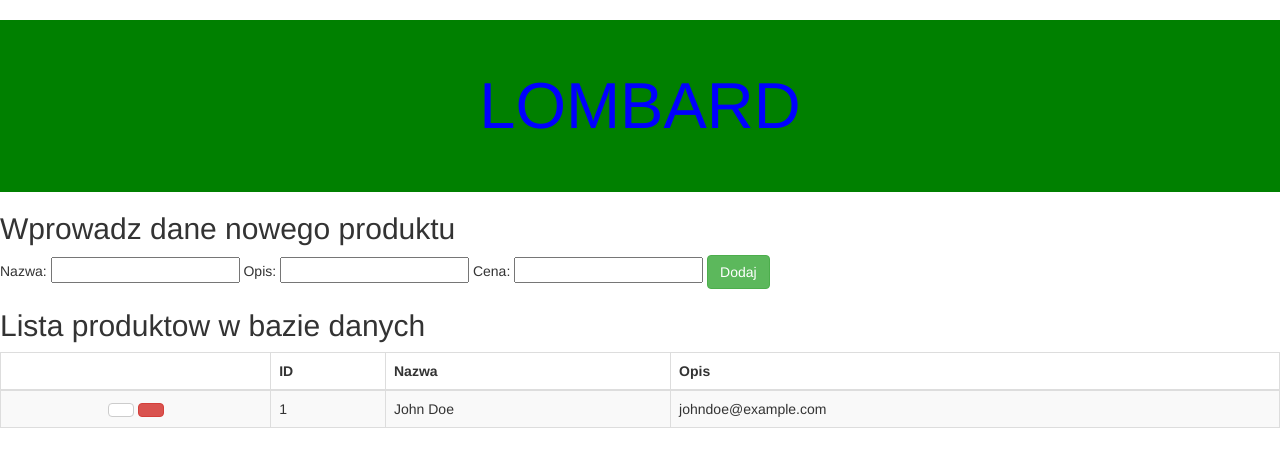
Repository: Hordix/CRUDapp
Page: Pulpit/Worspace/crudApplication1/src/main/resources/static/index.html
An editor plug-in stored every save of this project. The page is shown before and after the next save, followed by the edit.
The browser window is 1280 px wide. The pictures show the whole page.
The page's requests for data from a server got no answer. Some web libraries are served in a nearby version.

Above is the page before, as saved 2017-08-31 12:02:37.

### Pulpit/Worspace/crudApplication1/src/main/resources/static/index.html
<!doctype html>
<html>

<head>
     <script src="https://ajax.googleapis.com/ajax/libs/angularjs/1.5.2/angular.min.js"></script>
   <meta charset="utf-8">
  <meta name="viewport" content="width=device-width, initial-scale=1">
  <link rel="stylesheet" href="https://maxcdn.bootstrapcdn.com/bootstrap/3.3.7/css/bootstrap.min.css">
  <script src="https://ajax.googleapis.com/ajax/libs/jquery/3.2.1/jquery.min.js"></script>
  <script src="https://maxcdn.bootstrapcdn.com/bootstrap/3.3.7/js/bootstrap.min.js"></script>

</head>

<body ng-app="myapp"  >


<div  ng-controller="HelloController">
<h1 ng-style="myObj"><center>LOMBARD</center></h1>




    <h2>Wprowadz dane nowego produktu</h2>
    <form>
        Nazwa: <input type="text" ng-model="name">
        Opis: <input type="text" ng-model="description">
        Cena: <input type="number" ng-model="price">

        <button type="button" class="btn btn-success" ng-click="addProduct()">Dodaj</button>
    </form>



    <h2>Lista produktow w bazie danych</h2>

    <table class="table table-striped table-bordered table-list">
                  <thead>
                    <tr>
                        <th><em class="fa fa-cog"></em></th>
                        <th class="hidden-xs">ID</th>
                        <th>Nazwa</th>
                        <th>Opis</th>
                    </tr>
                  </thead>
                  <tbody>
                          <tr>
                            <td align="center">
                              <a class="btn btn-default"><em class="fa fa-pencil"></em></a>
                              <a class="btn btn-danger"><em class="fa fa-trash"></em></a>
                            </td>
                            <td class="hidden-xs">1</td>
                            <td>John Doe</td>
                            <td>johndoe@example.com</td>
                          </tr>
                        </tbody>
                </table>
    <ul ng-repeat="product in products">
        <li ng-click="deleteProduct(product.id)">
            Nazwa produktu {{product.name}}, opis {{product.description}}, cena {{product.price}}
        </li>
    </ul>
</div>

<script>
    angular.module("myapp", [])



            .controller("HelloController", function ($scope, $http) {
              $scope.myObj = {
              "color" : "blue",
              "background-color" : "green",
              "font-size" : "65px",
              "padding" : "50px"
    }

            $http({
                method: 'GET',
                url: '/products'
            }).then(function (response) {
                console.log(response)
                $scope.products = response.data;
            });

//            $http({
//                method: 'GET',
//                url: '/someUrl'
//            }).then(function successCallback(response) {
//            }, function errorCallback(response) {
//            });


            $scope.helloTo = {};

            $scope.helloTo.title = "AngularJS";


            $scope.deleteProduct = function (id) {
                $http({
                    method: 'DELETE',
                    url: '/products/' + id
                }).then(function (response) {
                    $scope.products = $scope.products.filter(function (product) {
                        return product.id != id
                    })
                });
            }


            $scope.addProduct = function () {
                var product = {
                    name: $scope.name,
                    description: $scope.description,
                    price: $scope.price
                };
                $http({
                        method: 'POST',
                        url: '/products',
                        data: product
                    }
                ).then(function (response) {
                    console.log(response)
                    product.id = response.data.id;
                    $scope.products.push(product)
                });

            }


        });
</script>

</body>
</html>

After the next save:
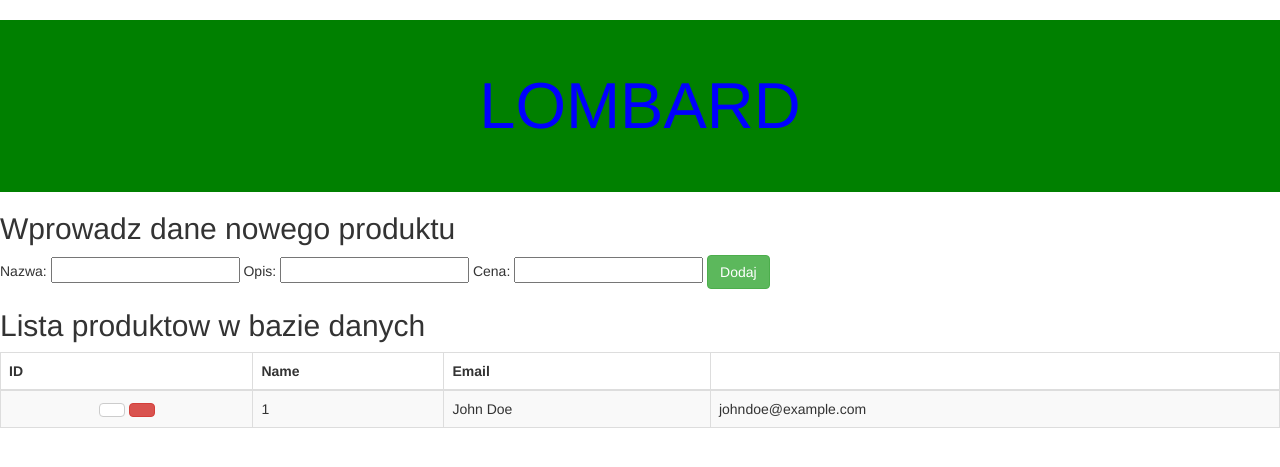
Saved 29 s later.
--- a/Pulpit/Worspace/crudApplication1/src/main/resources/static/index.html
+++ b/Pulpit/Worspace/crudApplication1/src/main/resources/static/index.html
@@ -36,10 +36,11 @@
     <table class="table table-striped table-bordered table-list">
                   <thead>
                     <tr>
+
+                        <th class="hidden-xs">ID</th>
+                        <th>Name</th>
+                        <th>Email</th>
                         <th><em class="fa fa-cog"></em></th>
-                        <th class="hidden-xs">ID</th>
-                        <th>Nazwa</th>
-                        <th>Opis</th>
                     </tr>
                   </thead>
                   <tbody>
